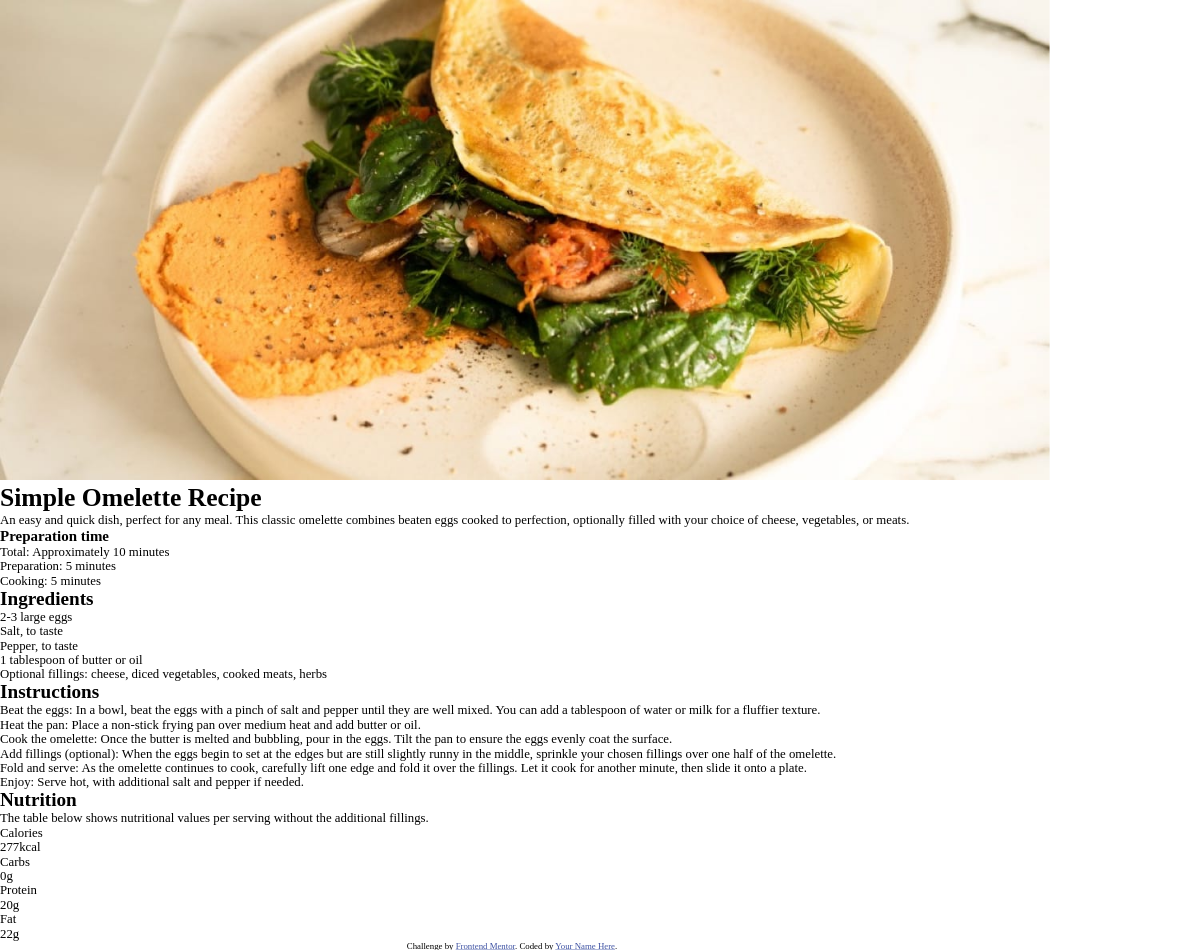
Repository: reemoon-ctrl/mine-recipe-page-main
Page: index.html
An editor plug-in stored every save of this project. The page is shown before and after the next save, followed by the edit.
The browser window is 1280 px wide. The page is 1312 px wide, then 1472 px, so the pictures cover 1472 px, including what lies to the right of the window. The pictures show the whole page, at 80% of full size.

Above is the page before, as saved 2024-08-11 12:19:43.

### index.html
<!DOCTYPE html>
<html lang="en">
<head>
  <meta charset="UTF-8">
  <meta name="viewport" content="width=device-width, initial-scale=1.0"> <!-- displays site properly based on user's device -->
  <link rel="stylesheet" href="style.css">
  <link rel="icon" type="image/png" sizes="32x32" href="./assets/images/favicon-32x32.png">

  <title>Frontend Mentor | Recipe page</title>

  <!-- Feel free to remove these styles or customise in your own stylesheet 👍 -->
  <style>
    .attribution { font-size: 11px; text-align: center; }
    .attribution a { color: hsl(228, 45%, 44%); }
  </style>
</head>
<body>
  <div class="container">
    <header>
      <img src="/image-omelette.jpeg" alt="omelette">
    <h1>Simple Omelette Recipe</h1>

    <p>An easy and quick dish, perfect for any meal.
       This classic omelette combines beaten eggs cooked
      to perfection, optionally filled with your choice
      of cheese,
       vegetables, or meats.</p>
    </header>


    <h3>Preparation time</h3>


    <ul>
      <li>Total: Approximately 10 minutes</li>
      <li>Preparation: 5 minutes</li>
      <li>Cooking: 5 minutes</li>
    </ul>



    <h2>Ingredients</h2>
    <ul>
      <li>2-3 large eggs</li>
      <li>Salt, to taste</li>
      <li>Pepper, to taste</li>
      <li>1 tablespoon of butter or oil</li>
      <li>Optional fillings: cheese, diced vegetables, cooked meats, herbs</li>
    </ul>






    <h2>Instructions</h2>
    <ol>
      <li>Beat the eggs: In a bowl, beat the eggs with a pinch of salt and pepper until they are well mixed.
        You can add a tablespoon of water or milk for a fluffier texture.</li>
      <li>Heat the pan: Place a non-stick frying pan over medium heat and add butter or oil.</li>
      <li>Cook the omelette: Once the butter is melted and bubbling, pour in the eggs. Tilt the pan to ensure
        the eggs evenly coat the surface.</li>
      <li>Add fillings (optional): When the eggs begin to set at the edges but are still slightly runny in the
        middle, sprinkle your chosen fillings over one half of the omelette.</li>
      <li>Fold and serve: As the omelette continues to cook, carefully lift one edge and fold it over the
        fillings. Let it cook for another minute, then slide it onto a plate.</li>
      <li>Enjoy: Serve hot, with additional salt and pepper if needed.</li>
    </ol>

    <h2>Nutrition</h2>

    <p>The table below shows nutritional values per serving without the additional fillings.</p>

    <div>Calories</div>
    <div>277kcal</div>

    <div>Carbs</div>
    <div>0g</div>

    <div>Protein</div>
    <div>20g</div>

    <div>Fat</div>
    <div>22g</div>

  </div>

  <div class="attribution">
    Challenge by <a href="https://www.frontendmentor.io?ref=challenge" target="_blank">Frontend Mentor</a>.
    Coded by <a href="#">Your Name Here</a>.
  </div>
</body>
</html>

### style.css
*{
    padding: 0;
    margin: 0;
    box-sizing: border-box;
}
.container{
    margin: auto;
    max-width: ;
}

After the next save:
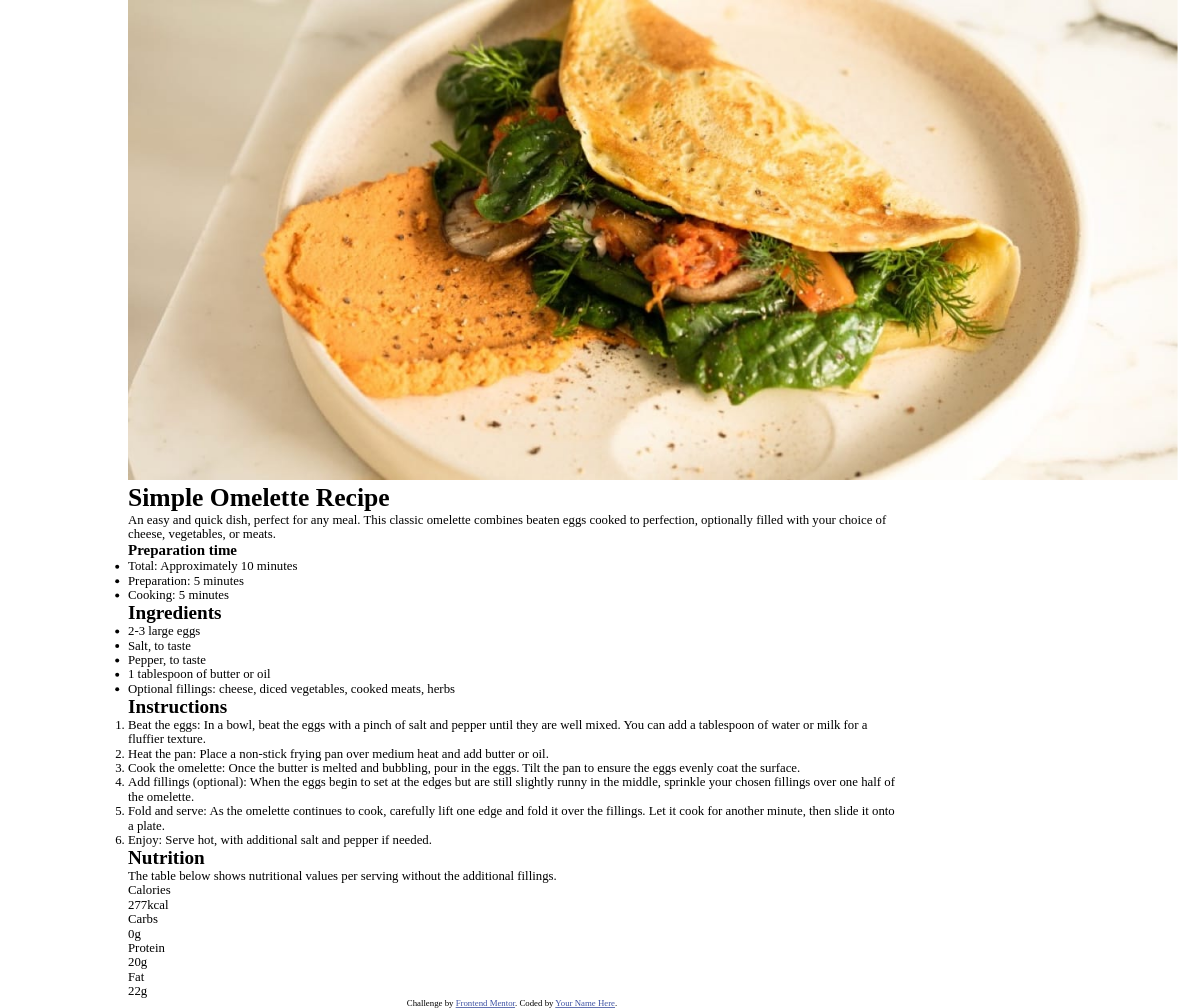
Saved 5 s later.
--- a/style.css
+++ b/style.css
@@ -5,5 +5,5 @@
 }
 .container{
     margin: auto;
-    max-width: ;
+    max-width:960px ;
 }
